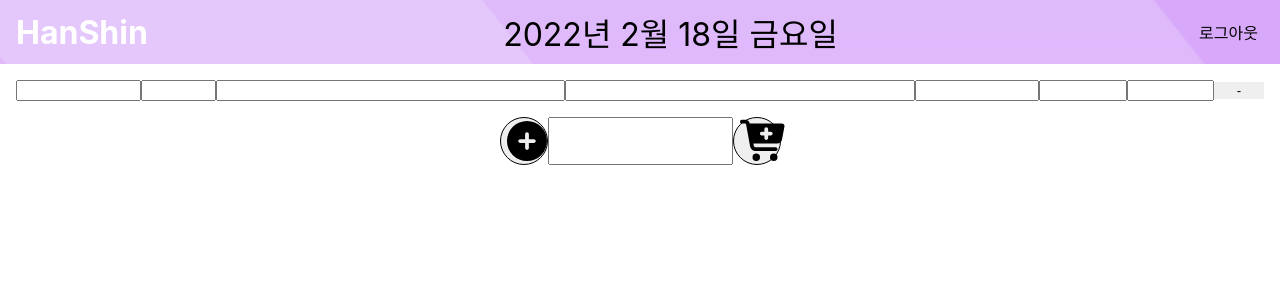
Repository: SeungYn/hanshinClient
Page: /add
The author's editor kept a copy of each file at every save. The page is drawn from the files as they stood at one save, then again after the next save.
The browser window is 1280 px wide. The pictures show the whole page.
The project was rebuilt for these pictures with package versions that can differ from the ones it lists, and the page was loaded fresh each time. Also part of the build but not shown: src/App.css, src/components/item/item.jsx, src/components/package/package.module.css, src/components/package/package.jsx.

Above is the page before, as saved 2022-02-20 02:48:45.

### public/index.html
<!DOCTYPE html>
<html lang="en">
  <head>
    <meta charset="utf-8" />
    <link rel="icon" href="%PUBLIC_URL%/favicon.ico" />
    <meta name="viewport" content="width=device-width, initial-scale=1" />
    <meta name="theme-color" content="#000000" />
    <meta
      name="description"
      content="Web site created using create-react-app"
    />
  </head>
  <body>
    <div id="root"></div>
  </body>
</html>

### src/index.js
import React from 'react';
import ReactDOM from 'react-dom';
import './index.css';
import App from './App';
import { BrowserRouter } from 'react-router-dom';
ReactDOM.render(
  <React.StrictMode>
    <BrowserRouter>
      <App />
    </BrowserRouter>
  </React.StrictMode>,
  document.getElementById('root')
);

### src/index.css
html {
  height: 100%;
}
body {
  margin: 0;
  font-family: -apple-system, BlinkMacSystemFont, 'Segoe UI', 'Roboto', 'Oxygen',
    'Ubuntu', 'Cantarell', 'Fira Sans', 'Droid Sans', 'Helvetica Neue',
    sans-serif;
  -webkit-font-smoothing: antialiased;
  -moz-osx-font-smoothing: grayscale;
  height: 100%;
}
h1 {
  margin: 0;
}
code {
  font-family: source-code-pro, Menlo, Monaco, Consolas, 'Courier New',
    monospace;
}

* {
  box-sizing: border-box;
}
p,
h2 {
  margin: 0;
  padding: 0;
}

ul {
  list-style: none;
  margin: 0;
  padding: 0;
}

### src/App.jsx
import './App.css';
import Header from './components/header/header';
import Package from './components/package/package';
import { Route, Routes } from 'react-router-dom';
import AddBoxs from './addboxs/addBoxs';
function App() {
  return (
    <div className='app'>
      <Header />
      <Routes>
        <Route exact path='/' element={<Package />} />
        <Route exact path='/add' element={<AddBoxs />} />
      </Routes>
    </div>
  );
}

export default App;

### src/components/header/header.jsx
import React, { useEffect, useState } from 'react';
import styles from './header.module.css';

const Header = (props) => {
  const [date, setDate] = useState(new Date());
  const [month, setMonth] = useState('');
  const [year, setYear] = useState('');
  const [day, setDay] = useState('');
  const [dates, setDates] = useState('');

  useEffect(() => {
    setMonth(date.getMonth() + 1);
    switch (date.getDay()) {
      case 0:
        setDay('일');
        break;
      case 1:
        setDay('월');
        break;
      case 2:
        setDay('화');
        break;
      case 3:
        setDay('수');
        break;
      case 4:
        setDay('목');
        break;
      case 5:
        setDay('금');
        break;
      case 6:
        setDay('토');
        break;
    }
    setYear(date.getFullYear());
    setDates(date.getDate());
  }, [date, month, year, dates, day]);

  return (
    <header className={styles.header}>
      <h1 className={styles.title}>HanShin</h1>
      <p
        className={styles.day}
      >{`${year}년 ${month}월 ${dates}일 ${day}요일`}</p>
      <nav className={styles.menu}>
        <button className={styles.menu__item}>로그아웃</button>
      </nav>
    </header>
  );
};

export default Header;

### src/addboxs/addBoxs.jsx
import React, { useRef, useState } from 'react';
import styles from './addBoxs.module.css';
import { FontAwesomeIcon } from '@fortawesome/react-fontawesome';
import { faCirclePlus, faCartPlus } from '@fortawesome/free-solid-svg-icons';

const AddBoxs = (props) => {
  const [boxList, setBoxList] = useState([
    {
      date: '',
      kind: '',
      sender: '',
      receiver: '',
      receivedDate: '',
      position: '',
      name: '',
    },
  ]);

  const countRef = useRef();

  const onSubmit = (e) => {
    e.console.log(1);
  };

  const onChange = (event, index) => {
    const boxs = [...boxList];
    const name = event.currentTarget.name;
    const value = event.currentTarget.value;

    boxs[index][name] = value;
    setBoxList(boxs);

    // switch (name) {
    //   case 'date':
    //     boxs[index][name] = value;
    //     return setBoxList(boxs);
    //   case 'kind':
    //     boxs[index][name] = value;
    //     return setBoxList(boxs);
    //   case 'sender':
    //     boxs[index][name] = value;
    //     return setBoxList(boxs);
    //   case 'receiver':
    //     boxs[index][name] = value;
    //     return setBoxList(boxs);
    //   case 'receivedDate':
    //     boxs[index][name] = value;
    //     return setBoxList(boxs);
    //   case 'position':
    //     boxs[index][name] = value;
    //     return setBoxList(boxs);
    //   case 'name':
    //     boxs[index][name] = value;
    //     return setBoxList(boxs);
    // }
  };

  const onAdd = () => {
    setBoxList([
      ...boxList,
      {
        date: '',
        kind: '',
        sender: '',
        receiver: '',
        receivedDate: '',
        position: '',
        name: '',
      },
    ]);
  };

  const onMultiAdd = () => {
    const count = countRef.current.value;
    const boxs = [...boxList];
    for (let i = 0; i < count; i++) {
      boxs.push({
        date: '',
        kind: '',
        sender: '',
        receiver: '',
        receivedDate: '',
        position: '',
        name: '',
      });
    }
    setBoxList(boxs);
  };

  const onRemove = (event, index) => {
    const boxs = [...boxList];
    boxs.splice(index, 1);
    setBoxList(boxs);
  };

  return (
    <section className={styles.addContainer}>
      <form onSubmit={onSubmit} className={styles.addForm}>
        {boxList.map((box, index) => {
          return (
            <div className={styles.items} key={index}>
              <input
                type='text'
                name='date'
                onChange={(event) => onChange(event, index)}
                value={box.date}
              />
              <input
                type='text'
                name='kind'
                onChange={(event) => onChange(event, index)}
                value={box.kind}
              />
              <input
                type='text'
                name='sender'
                onChange={(event) => onChange(event, index)}
                value={box.sender}
              />
              <input
                type='text'
                name='receiver'
                onChange={(event) => onChange(event, index)}
                value={box.receiver}
              />
              <input
                type='text'
                name='receivedDate'
                onChange={(event) => onChange(event, index)}
                value={box.receivedDate}
              />
              <input
                type='text'
                name='position'
                onChange={(event) => onChange(event, index)}
                value={box.position}
              />
              <input
                type='text'
                name='name'
                onChange={(event) => onChange(event, index)}
                value={box.name}
              />
              <button type='button' onClick={(event) => onRemove(event, index)}>
                -
              </button>
            </div>
          );
        })}
      </form>
      <div className={styles.bottomBtn}>
        <button className={styles.addBtn} onClick={onAdd}>
          <FontAwesomeIcon icon={faCirclePlus} size='3x' />
        </button>
        <input type='text' name='count' ref={countRef} />
        <button className={styles.addBtn} onClick={onMultiAdd}>
          <FontAwesomeIcon icon={faCartPlus} size='3x' />
        </button>
      </div>
    </section>
  );
};

export default AddBoxs;

### src/components/header/header.module.css
header {
  background: no-repeat url('./backimg.png');
  background-size: cover;
  height: 4rem;
  display: flex;
  justify-content: space-between;
  align-items: center;
  padding: 0.1rem 1rem;
}

.title {
  color: white;
}
.day {
  font-size: 2rem;
}
.menu__item {
  border: 0;
  background: none;
  font-size: 1rem;
}

### src/addboxs/addBoxs.module.css
.addContainer {
  width: 100%;
  display: flex;
  flex-direction: column;
  align-items: center;
}

.addForm {
  width: 100%;
  padding: 1rem;
}

.items {
  display: grid;
  grid-template-columns: 10% 6% 28% 28% 10% 7% 7% 4%;
  align-items: center;
}

button {
  border: none;
  background-color: none;
}

.bottomBtn {
  display: flex;
}

.addBtn {
  width: 3rem;
  height: 3rem;
  border: 1px solid black;
  border-radius: 50%;
}

.test {
  width: 112px;
}

### src/components/item/item.module.css
.items {
  display: grid;
  grid-template-columns: 10% 6% 30% 30% 10% 7% 7%;
  align-items: center;
  border: 1px solid black;
}

.items:hover {
  background-color: #fef6ff;
}

p {
  /* 크기를 넘기면 자동으로 줄바꿈 */
  text-align: center;
  overflow-wrap: break-word;
}

After the next save:
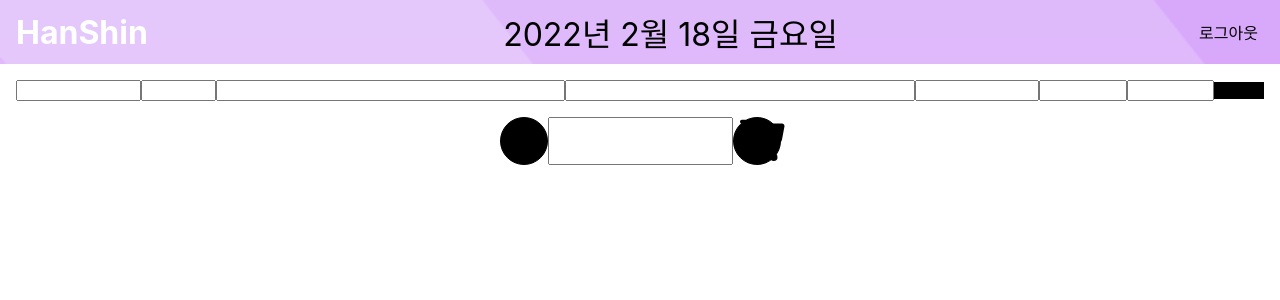
Saved 35 s later.
--- a/src/addboxs/addBoxs.module.css
+++ b/src/addboxs/addBoxs.module.css
@@ -18,7 +18,7 @@
 
 button {
   border: none;
-  background-color: none;
+  background-color: black;
 }
 
 .bottomBtn {
